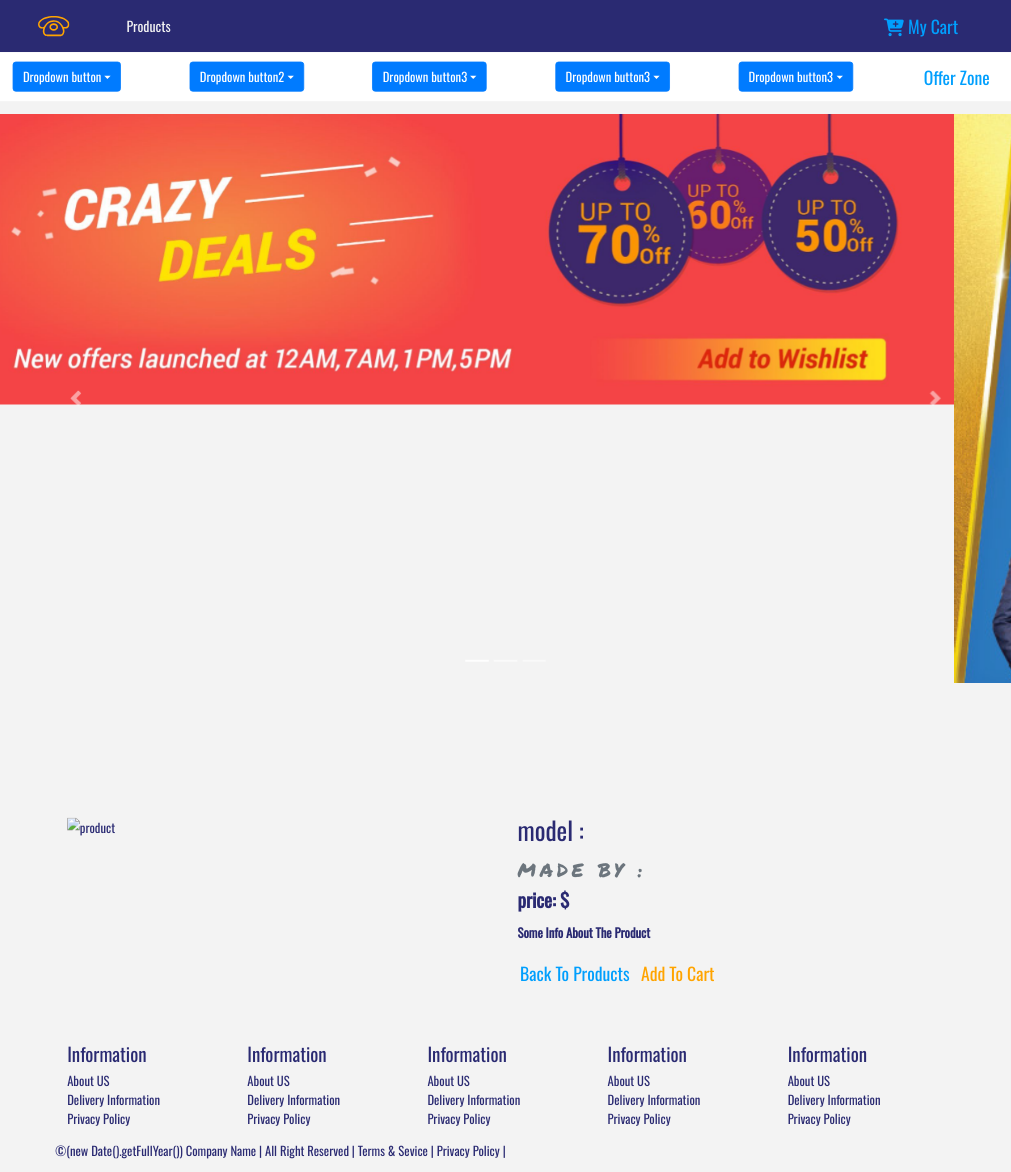
Repository: aditya1068/Online-Store
Page: /details
An editor plug-in stored every save of this project. The page is shown before and after the next save, followed by the edit.
The browser window is 1280 px wide. The pictures show the whole page, at 79% of full size.
Some web libraries are served in a nearby version. The project was rebuilt for these pictures with package versions that can differ from the ones it lists, and the page was loaded fresh each time. Also part of the build but not shown: src/components/Products.js, src/components/Title.js, src/components/ProductsList.js, src/components/Cart.js, src/components/Default.js.

Above is the page before, as saved 2020-04-02 22:35:19.

### public/index.html
<!DOCTYPE html>
<html lang="en">
  <head>
    <meta charset="utf-8" />
    <link rel="icon" href="%PUBLIC_URL%/favicon.ico" />
    <meta name="viewport" content="width=device-width, initial-scale=1" />
    <meta name="theme-color" content="#000000" />
    <meta
      name="description"
      content="Web site created using create-react-app"
    />
    <link rel="apple-touch-icon" href="%PUBLIC_URL%/logo192.png" />
    <!--
      manifest.json provides metadata used when your web app is installed on a
      user's mobile device or desktop. See https://developers.google.com/web/fundamentals/web-app-manifest/
    -->
    <link rel="manifest" href="%PUBLIC_URL%/manifest.json" />
    <!--
      Notice the use of %PUBLIC_URL% in the tags above.
      It will be replaced with the URL of the `public` folder during the build.
      Only files inside the `public` folder can be referenced from the HTML.

      Unlike "/favicon.ico" or "favicon.ico", "%PUBLIC_URL%/favicon.ico" will
      work correctly both with client-side routing and a non-root public URL.
      Learn how to configure a non-root public URL by running `npm run build`.
    -->
    <!--Google Fonts-->
    <link href="https://fonts.googleapis.com/css?family=Oswald|Permanent+Marker&display=swap" rel="stylesheet">

    <!--Font Awesome-->
    <script src="https://kit.fontawesome.com/7ff98d2d13.js" crossorigin="anonymous"></script>
    <title>Store</title>
  </head>
  <body>
    <noscript>You need to enable JavaScript to run this app.</noscript>
    <div id="root"></div>
    <!--
      This HTML file is a template.
      If you open it directly in the browser, you will see an empty page.

      You can add webfonts, meta tags, or analytics to this file.
      The build step will place the bundled scripts into the <body> tag.

      To begin the development, run `npm start` or `yarn start`.
      To create a production bundle, use `npm run build` or `yarn build`.
    -->
  </body>
</html>

### src/index.js
import React from 'react';
import ReactDOM from 'react-dom';
import './index.css';
import 'bootstrap';
//import 'bootstrap/dist/css/bootstrap.css';
//import 'bootstrap/dist/js/bootstrap.js';
import App from './App';
import { BrowserRouter as Router } from 'react-router-dom';
import {ProductProvider } from './context';
import * as serviceWorker from './serviceWorker';

ReactDOM.render(
    <ProductProvider>

    <Router>
    <App/>
    </Router>

    </ProductProvider>,



 document.getElementById('root'));

// If you want your app to work offline and load faster, you can change
// unregister() to register() below. Note this comes with some pitfalls.
// Learn more about service workers: https://bit.ly/CRA-PWA
serviceWorker.unregister();

### src/App.js
import React, { Component } from "react";
import {Route,Switch} from 'react-router-dom';
import { BrowserRouter as  Router} from 'react-router-dom';
import './App.css';
import "bootstrap/dist/css/bootstrap.min.css";
import Navbar from "./components/Navbar";
import Navbar1 from "./components/Navbar1";
import ProductsList from "./components/ProductsList";
import Details from "./components/Details";
import Cart from "./components/Cart";
import Default from "./components/Default";
import Modal from './components/Modal';
import Slider from "./components/Slider";
import Footer from "./components/Footer";

class App extends Component {
  render() {
    return(

      <Router>
        <Navbar />
        <Navbar1 />
        <Slider />
          <Switch>
            <Route path ="/" exact component ={
              () => (<ProductsList></ProductsList>)
            } />

            <Route path ="/details" exact component ={
              () => (<Details></Details>)
             } />

            <Route path ="/cart" exact component ={
              () => (<Cart></Cart>)
            } />

              <Route  component ={
              () => (<Default></Default>)
            } />

              </Switch>

            <Modal />
            <Footer />
  </Router>

    );
  }
}

export default App;

### src/context.js
import React, { Component } from 'react';
import { storeProducts, detailProduct } from './data';

const ProductContext = React.createContext();
// Provider
// Consumer

class ProductProvider extends Component {
   state = {
     products: [],
     detailProduct: detailProduct,
     cart: [],
     modalOpen: false,
     modalProduct: detailProduct,
     cartSubTotal: 0,
     cartTax: 0,
     CartTotal: 0,
   };

   componentDidMount() {
     this.setProducts();
   }

   setProducts = () => {
     let tempProducts = [];
     storeProducts.forEach(item => {
       const singleItem = { ...item };
       tempProducts = [...tempProducts, singleItem];
     });
     this.setState(() => {
       return { products: tempProducts };
     });
   };

    getItem = (id) => {
      const product = this.state.products.find(item => item.id === id);
      return product;
    };

   handleDetail =(id) => {
     const product = this.getItem(id);
     this.setState(() => {
       return { detailProduct:product };
     });
   };

 addToCart =(id) => {
   let tempProducts = [...this.state.products];
   const index = tempProducts.indexOf(this.getItem(id));
   const product = tempProducts[index];
   product.inCart = true;
   product.count = 1;
   const  price  = product.price;
   product.total = price;
   this.setState(() => {
     return { products: tempProducts, cart: [...this.state.cart, product] };
   },
   () => {
     this.addTotals();
   });
 };

    openModal = id => {
      const product = this.getItem(id);
      this.setState(() => {
        return { modalProduct: product, modalOpen: true };
      });
    }

closeModal = () => {
  this.setState(() => {
    return { modalOpen: false };
  });
};

increment = (id) => {
  let tempCart = [...this.state.cart];
  const selectedProduct = tempCart.find(item=>item.id === id);

  const index = tempCart.indexOf(selectedProduct);
  const product = tempCart[index];

  product.count += 1;
  product.total = product.count * product.price;

  this.setState(() => {
    return { cart: [...tempCart] };
  },
  () => {
    this.addTotals();
  });
}

decrement = (id) => {
  let tempCart = [...this.state.cart];
  const selectedProduct = tempCart.find(item => item.id === id);

  const index = tempCart.indexOf(selectedProduct);
  const product = tempCart[index];
  product.count = product.count - 1;
  if (product.count === 0) {
    this.removeItem(id);
  } else {
    product.total = product.count * product.price;
    this.setState(() => {
      return { cart: [...tempCart] };
    },
    () => { this.addTotals(); });
  }
};

removeItem = (id) => {
  const tempProducts = [...this.state.products];
  let tempCart = [...this.state.cart];

  tempCart = tempCart.filter(item => item.id !== id);
  const index = tempProducts.indexOf(this.getItem(id));
  const removedProduct = tempProducts[index];
  removedProduct.inCart = false;
  removedProduct.Count = 0;
  removedProduct.total = 0;
  this.setState(() => {
    return {
      cart: [...tempCart],
      products: [...tempProducts],
    };
  });
}

clearCart =() => {
  this.setState(() => {
    return { cart: [] };
  }, () => {
    this.setProducts();
    this.addTotals();
  });
};

addTotals =() => {
  let subTotal = 0;
  this.state.cart.map(item => (subTotal += item.total));
  const tempTax = subTotal * .18;
  const tax = parseFloat(tempTax.toFixed(1));
  const total = subTotal + tax;
  this.setState(() => {
    return {
      cartSubTotal: subTotal,
      cartTax: tax,
      CartTotal: total,
    };
  });
};

render() {
  return (
    <ProductContext.Provider value={{
      ...this.state,
      handleDetail: this.handleDetail,
      addToCart: this.addToCart,
      openModal: this.openModal,
      closeModal: this.closeModal,
      increment: this.increment,
      decrement: this.decrement,
      removeItem: this.removeItem,
      clearCart: this.clearCart,
    }}
    >
      {this.props.children}
    </ProductContext.Provider>
  );
}
}


const ProductConsumer = ProductContext.Consumer;

export { ProductProvider, ProductConsumer };

### src/App.css
:root{
  --mainBlue: #2a2a72;
  --lightBlue: #009ffd;
  --mainWhite: #f3f3f3;
  --mainDark: #232528;
  --mainYellow: #ffa400;
}
body{
    font-family: 'Oswald', sans-serif !important;
    background: var(--mainWhite)!important;
    color: var(--mainBlue)!important ;
}
.text-title{
font-family: 'Permanent Marker', cursive;
letter-spacing: 0.3rem;
text-transform: uppercase;
}
.text-blue{
  color: var(--mainBlue);
}
.text-bright{
  color: var(--lightBlue);
}
.btn-black{
  background: transparent;
  text-transform: capitalize;
  font-size: 0.6rem !important;
  color: var(--mainDark);
  border-radius: 0 !important;
  border: 0.1rem solid var(--mainDark) !important;
}

.btn-black:hover{
  background: var(--mainDark) !important;
  color: var(--mainWhite) !important;
}

.cart-icon{
  cursor: pointer;
  font-size: 1.2rem;
  color: var(--mainYellow);
}

### src/components/Navbar.js
import React, { Component } from 'react';
import {Link} from 'react-router-dom';
import logo from "../logo.svg";
import styled from "styled-components";
import {ButtonContainer} from  './button';
export default class Navbar extends Component{
    render(){
        return(

           <NavWrapper className="navbar navbar-expand-sm navbar-dark  px-sm-5">
               { /*
                https://www.iconfinder.com/icons/1243689/call_phone_icon
                Creative Commons (Attribution 3.0 Unported);
               https://www.iconfinder.com/Makoto_msk */}
    <Link to ='/' >
     <img src={logo} alt = "store" className="navbar-brand" />
    </Link>
    <ul className= "navbar-nav align-items-center">
        <li className="nav-item ml-5">
        <Link to= "/" className= "nav-link">
            products
            </Link>
            </li>
        </ul>
        <Link to= '/Cart' className="ml-auto">

        <ButtonContainer>
            <span className ="mr-2">
                <i className="fas fa-cart-plus"></i>  my cart
                </span> </ButtonContainer>
        </Link>
            </NavWrapper>
        );
    }
}

const NavWrapper =styled.nav`
background: var(--mainBlue);
.nav-link{
    color:var(--mainWhite)!important;
    font-size: 1.1rem;
    text-transform: capitalize;
}
`;

### src/components/Details.js
import React, { Component } from 'react';
import {ProductConsumer} from '../context';
import {Link} from 'react-router-dom';
import {ButtonContainer} from './button';
export default class Details extends Component{
    render(){
        return(

            <ProductConsumer>
                {(value)=>{
                    const {id,company,img,info,price,title,inCart}=
                    value.detailProduct;
                    return(
                        <div className="container py-5">
                            {/*title */}
                            <div className="row">
                                <div className="col-10 mx-auto text-center text-slanted text-blue my-5">
                                    <h1>{title}</h1>
                                    </div>
                            </div>

                            {/*end title */}
                            {/*Product info */}
                            <div className="row">
                                <div className="col-10 mx-auto col-md-6 my-3">

                                 <img src={img} className="img-fluid" alt="product"/>
                                </div>
                                {/* Product text */}
                                <div className="col-10 mx-auto col-md-6 my-3  text-capitalise">
                                    <h2>model :{title}</h2>
                                    <h4  className="text-title text-upercase text-muted mt-3 mb-2">
                                   made by : <span className="text-uppercase">
                                       {company}</span>  </h4>
                                       <h4 className="text-blue">
                                           <strong>
                                               price: <span>$</span>
                                          {price}
                                           </strong>
                                  </h4>
                                <p className="text-capitalize font-weight-bold mt-3 mb-0">
                                    some info about the product
                                </p>
                                <p className="text-muted lead">{info}</p>
                                {/* buttons */}
                                <div>
                                    <Link to="/">
                                        <ButtonContainer>back to products</ButtonContainer>
                                    </Link>
                                    <ButtonContainer cart
                                     disabled={inCart ? true : false}
                                     onClick={()=>{
                                        value.addToCart(id);
                                        value.openModal(id);
                                     }}
                                     >
                                        {inCart ? "inCart": "add to cart"}
                                    </ButtonContainer>

                                </div>
                            </div>
                        </div>
                        </div>
                    );
                }}

            </ProductConsumer>

        );
    }

}

### src/components/Modal.js
import React, { Component } from 'react'
import styled from 'styled-components';
import {ProductConsumer} from '../context';
import {ButtonContainer } from './button';
import {Link} from "react-router-dom";


export default class  extends Component {
    render() {
        return (
            <ProductConsumer>
                {(value) => {
                    const {modalOpen,closeModal} = value;
                    const {img,title,price} = value.modalProduct;

                    if(!modalOpen){
                        return null;
                    }

                    else{
                return (
                <ModalContainer>
    <div className="container">
    <div className="row">
      <div id="modal" className= "col-8 mx-auto col-md-6 col-lg-4 text-center text-capitalize">
    <h5>item added to the cart</h5>
    <img src={img} className="img-fluid" alt="product" />
    <h5>{title}</h5>
    <h5 className= "text-muted">price : $ {price} </h5>
    <Link to ='/'>
        <ButtonContainer onClick={()=>closeModal()}>
            continue Shopping
        </ButtonContainer>
    </Link>
    <Link to ='/cart'>
        <ButtonContainer cart onClick={()=>closeModal()}>
            go to Cart
        </ButtonContainer>
    </Link>
    </div>
    </div> </div>
                        </ModalContainer>
                        );

                }
            }}
            </ProductConsumer>
        );
    }
}

const ModalContainer = styled.div`
position:fixed;
top: 0;
left: 0;
right: 0;
bottom: 0;
background: rgba(0,0,0,0.3);
display: flex;
align-items: center;
justufy-content: center;
#modal{
    background: var(--mainWhite);
}
`;

### src/components/Slider.js
import React, { Component } from 'react'
import Carousel from 'react-bootstrap/Carousel'
//import Carousel from 'react-multi-carousel';
import 'react-multi-carousel/lib/styles.css';
import {Link} from 'react-router-dom';

export default class Slider extends Component {
    render() {
        return (
            <div>
                <Carousel>
  <Carousel.Item>
    <img
      className="d-block w-100"
      src="img/slider1.jpg"
      alt="First slide"
    />
    <Carousel.Caption>
      <h3></h3>
      <p></p>
    </Carousel.Caption>
  </Carousel.Item>
  <Carousel.Item>
    <img
      className="d-block w-100"
      src="img/slider2.jpg"
      alt="Second slide"
    />

    <Carousel.Caption>

    </Carousel.Caption>
  </Carousel.Item>
  <Carousel.Item>
    <img
      className="d-block w-100"
      src="img/slider3.jpg"
      alt="Third slide"
    />


  </Carousel.Item>
</Carousel>
            </div>
        )
    }
}

### src/components/Footer.js
import React, { Component } from 'react';

export default class Footer extends Component {
    render() {
      return (
          <div className="main-footer">
              <div className= "container">
              <div className= "row">
                  {/* column1 */}
                  <div className= "col">
                      <h4>Information</h4>
                      <ul className="list-unstyled">
                          <li>About US</li>
                          <li>Delivery Information</li>
                          <li>Privacy Policy</li>
                      </ul>
                  </div>
                  {/* column2 */}
                  <div className= "col">
                      <h4>Information</h4>
                      <ul className="list-unstyled">
                          <li>About US</li>
                          <li>Delivery Information</li>
                          <li>Privacy Policy</li>
                      </ul>
                  </div>
                  {/* column3 */}
                  <div className= "col">
                      <h4>Information</h4>
                      <ul className="list-unstyled">
                          <li>About US</li>
                          <li>Delivery Information</li>
                          <li>Privacy Policy</li>
                      </ul>
                  </div>
                  {/*column 4 */}
                  <div className= "col">
                      <h4>Information</h4>
                      <ul className="list-unstyled">
                          <li>About US</li>
                          <li>Delivery Information</li>
                          <li>Privacy Policy</li>
                      </ul>
                  </div>
                  {/*column 5 */}
                  <div className= "col">
                      <h4>Information</h4>
                      <ul className="list-unstyled">
                          <li>About US</li>
                          <li>Delivery Information</li>
                          <li>Privacy Policy</li>
                      </ul>
                  </div>
                  <div className="row">
                      <p className="col-sm">
                          &copy;(new Date().getFullYear()) Company Name | All Right Reserved | Terms & Sevice | Privacy Policy |
                      </p>
                  </div>
                  </div>
              </div>
          </div>
      )
      }}

### src/components/button.js
import styled from "styled-components"



export const ButtonContainer = styled.button`
text-transform:capitalize;
font-size:1.4rem;
background: transparent;
border: 0.05 rem solid var(--lightBlue);
color: var(--lightBlue);
border-color: ${props => (props.cart? "var(--mainYellow)": "var--(lightBlue)")};
color ${prop => prop.cart ? "var(--mainYellow)": "var--(lightBlue)"};
border-radius: 0.5rem;
padding:0.2rem;
cursor:pointer;
margin:0.2rem 0.5rem 0.2rem 0;
transition:all 0.5s ease-in-out;
&:hover: {
    background:${prop => prop.cart ? "var(--mainYellow)": "var--(lightBlue)"};
    color:var(--mainBlue);
}
&:focus{
    outLine: none;
}
`;

Loaded but not shown: src/index.css (common file); src/serviceWorker.js (common file); src/data.js (99 lines, source omitted); src/components/Navbar1.js (88 lines, source omitted)

After the next save:
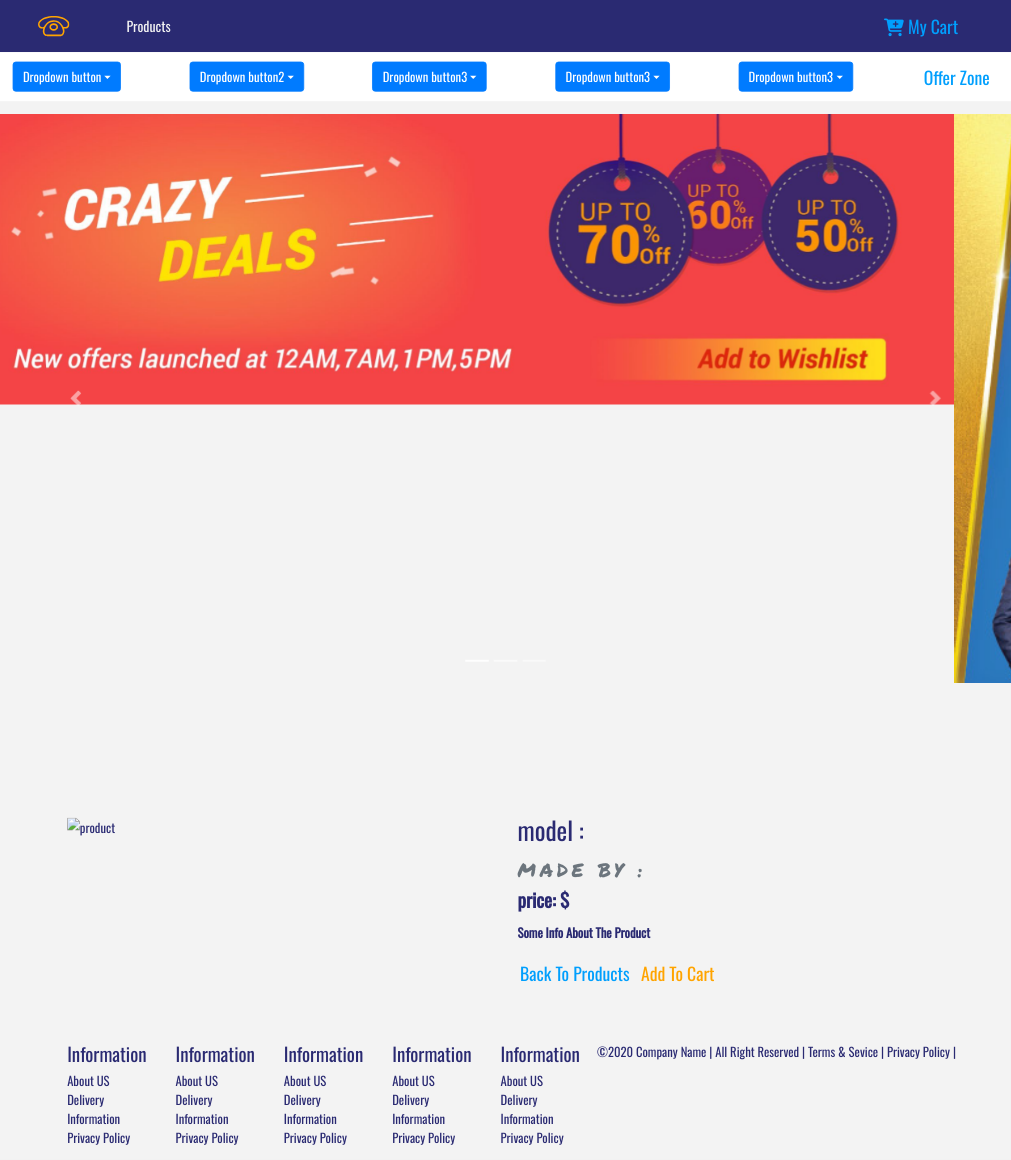
Saved 2 min 40 s later.
--- a/src/components/Footer.js
+++ b/src/components/Footer.js
@@ -53,7 +53,7 @@ export default class Footer extends Component {
                   </div>
                   <div className="row">
                       <p className="col-sm">
-                          &copy;(new Date().getFullYear()) Company Name | All Right Reserved | Terms & Sevice | Privacy Policy |
+                          &copy;{(new Date().getFullYear())} Company Name | All Right Reserved | Terms & Sevice | Privacy Policy |
                       </p>
                   </div>
                   </div>
